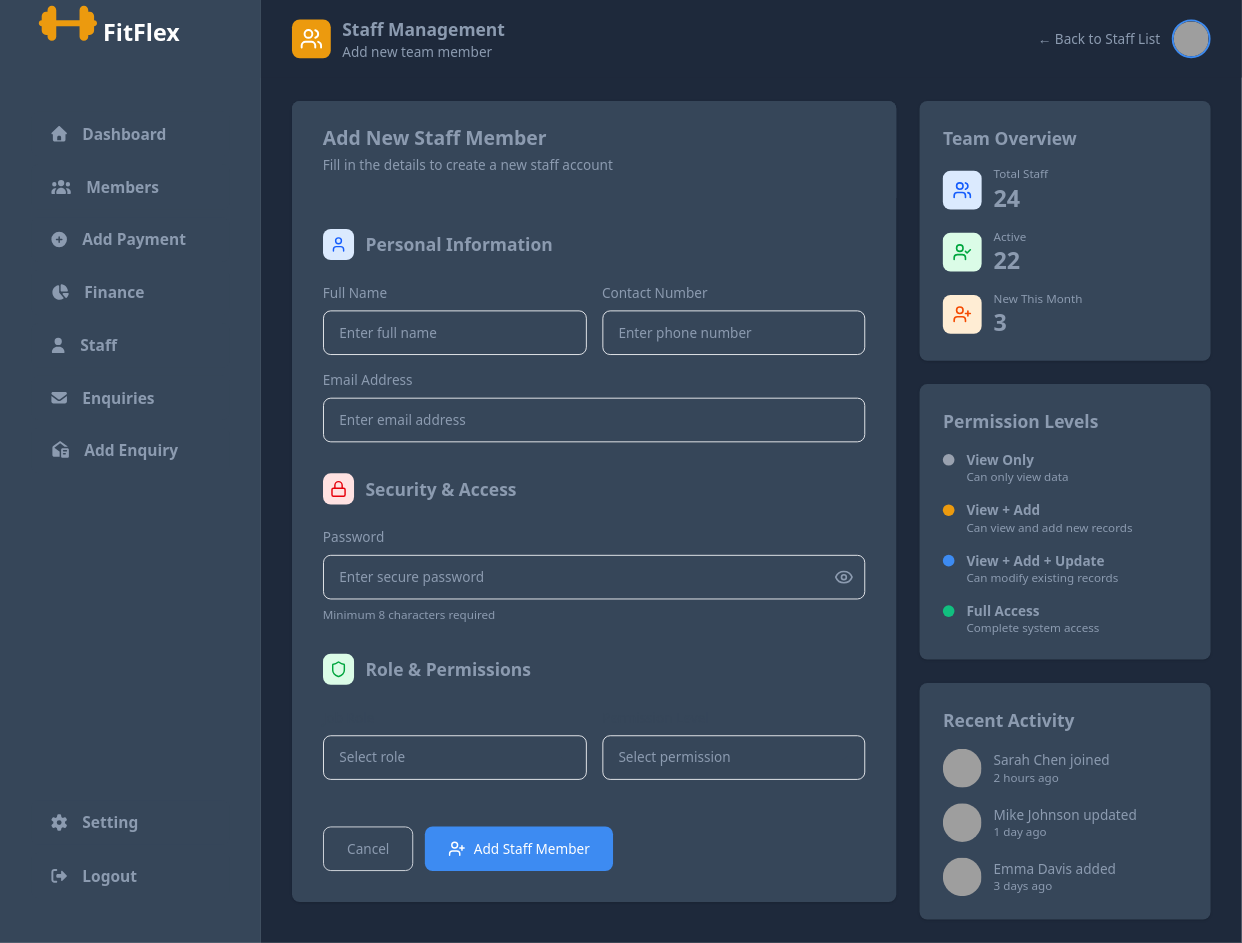
Repository: MuhammadTalhaTaj/gym_management_app_backend
Page: /addstaff (app in frontend/)
The author's editor kept a copy of each file at every save. The page is drawn from the files as they stood at one save, then again after the next save.
The browser window is 1280 px wide. The pictures show the whole page, at 97% of full size.
Pictures or frames that could not be fetched are drawn as grey boxes. The project was rebuilt for these pictures with package versions that can differ from the ones it lists, and the page was loaded fresh each time. Also part of the build but not shown: frontend/vite.config.ts, frontend/src/assets/styles/AdminHeader.css, frontend/src/Components/AdminHeader.tsx, frontend/src/assets/styles/AdminDashboard.css, frontend/src/hooks/useDashboardData.ts, frontend/src/assets/styles/AdminDashboardStats.css, frontend/src/Components/AdminDashboardStats.tsx, frontend/src/Components/IncomeExpenseChart.tsx and 31 more.

Above is the page before, as saved 2025-11-21 10:51:24.

After the next save:
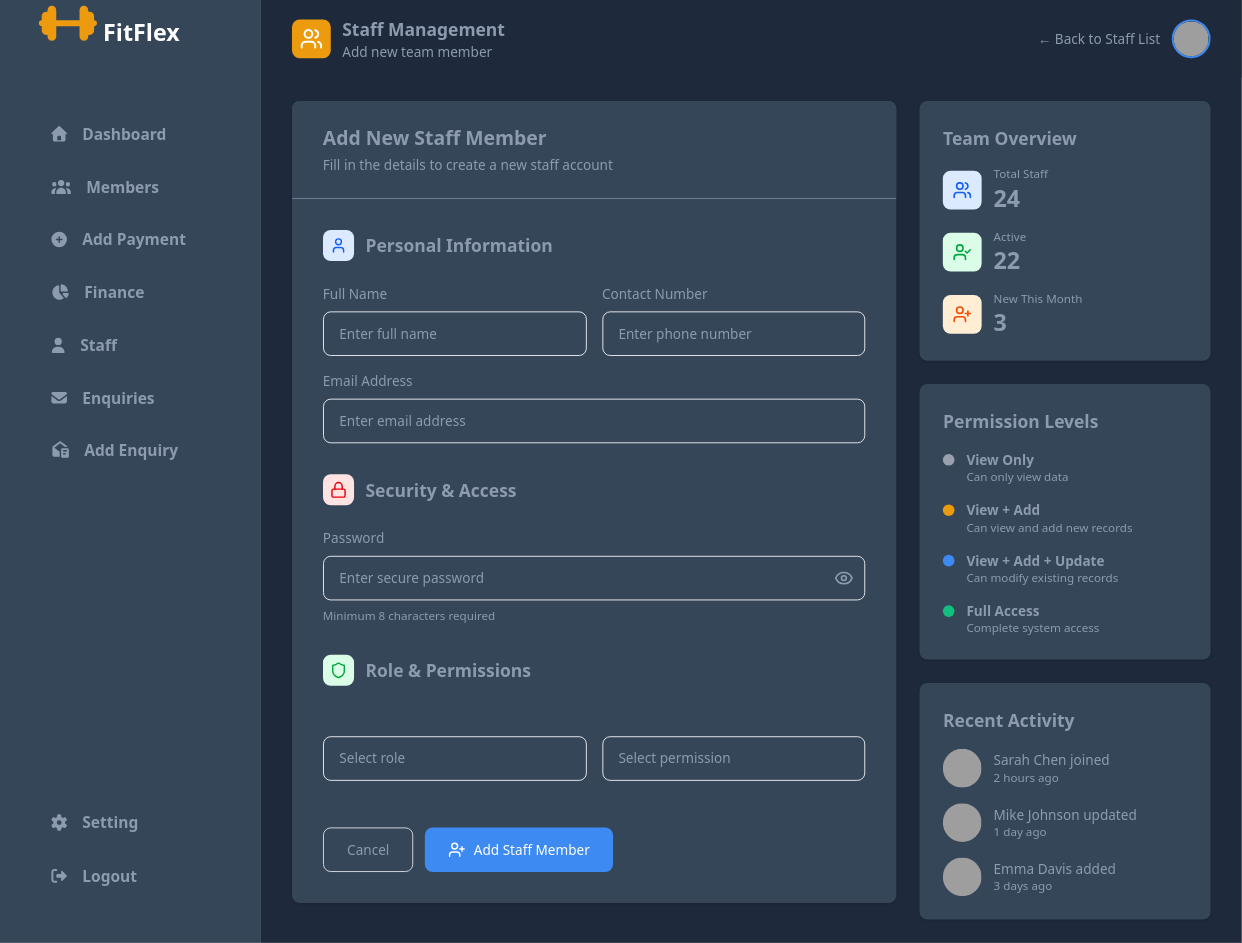
Saved 4 s later.
--- a/frontend/src/pages/Admin/AddStaff.tsx
+++ b/frontend/src/pages/Admin/AddStaff.tsx
@@ -271,7 +271,7 @@
           <div className="lg:col-span-2">
             <Card className="p-6 sm:p-8">
               {/* Form Header */}
-              <div className="bg-[var(--primary-100)] text-[var(--primary-300)]  -mx-6 sm:-mx-8 -mt-6 sm:-mt-8 px-6 sm:px-8 py-6 rounded-t-lg mb-8">
+              <div className="bg-[var(--primary-100)] text-[var(--primary-300)] border-b -mx-6 sm:-mx-8 -mt-6 sm:-mt-8 px-6 sm:px-8 py-6 rounded-t-lg mb-8">
                 <h2 className="text-xl font-bold mb-1">Add New Staff Member</h2>
                 <p className="text-sm text-[var(--primary-300)]">Fill in the details to create a new staff account</p>
               </div>

After the save that followed:
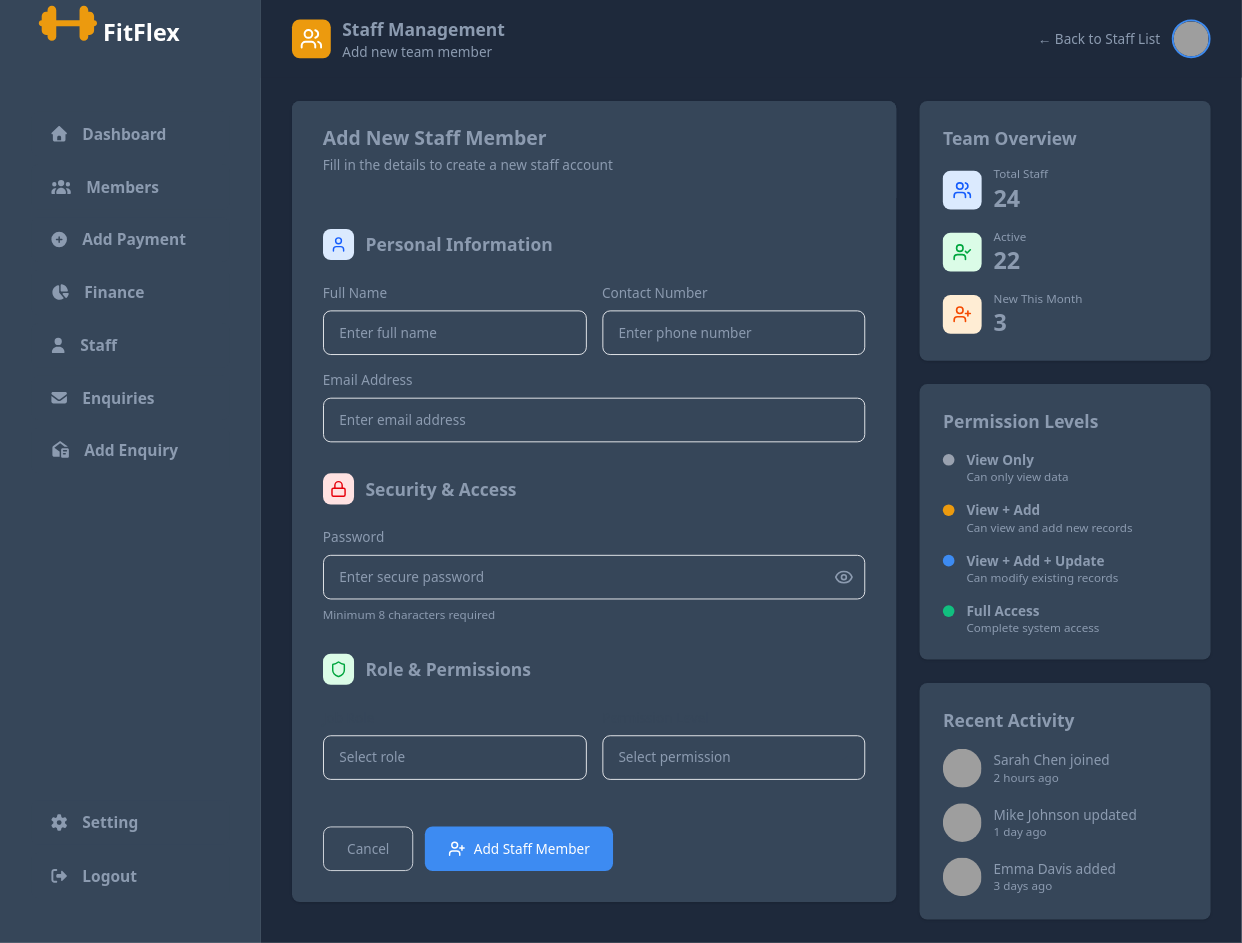
Saved 6 s later.
--- a/frontend/src/pages/Admin/AddStaff.tsx
+++ b/frontend/src/pages/Admin/AddStaff.tsx
@@ -271,7 +271,7 @@
           <div className="lg:col-span-2">
             <Card className="p-6 sm:p-8">
               {/* Form Header */}
-              <div className="bg-[var(--primary-100)] text-[var(--primary-300)] border-b -mx-6 sm:-mx-8 -mt-6 sm:-mt-8 px-6 sm:px-8 py-6 rounded-t-lg mb-8">
+              <div className="bg-[var(--primary-100)] text-[var(--primary-300)] border-b- -mx-6 sm:-mx-8 -mt-6 sm:-mt-8 px-6 sm:px-8 py-6 rounded-t-lg mb-8">
                 <h2 className="text-xl font-bold mb-1">Add New Staff Member</h2>
                 <p className="text-sm text-[var(--primary-300)]">Fill in the details to create a new staff account</p>
               </div>
